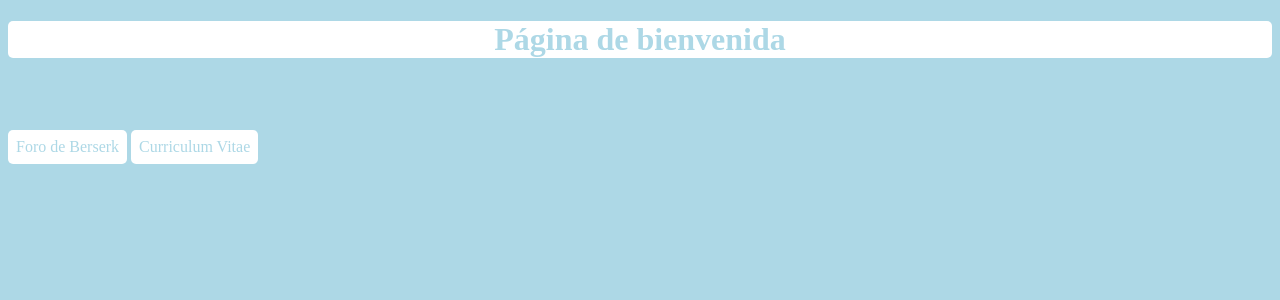
Repository: MateoSantander/Ejercicios4y5
Page: http://localhost/Ejercicio_4/
These files come from the project's save history. The page is drawn as it stood at one moment and after the next save; the edit follows.
The browser window is 1280 px wide. The pictures show the whole page.
The page is served by Tomcat 9.

Above is the page before, as saved 2022-03-18 15:00:08.
Not found: Ejercicio_4/Ejercicio_4/css/stars.jpg

After the next save:
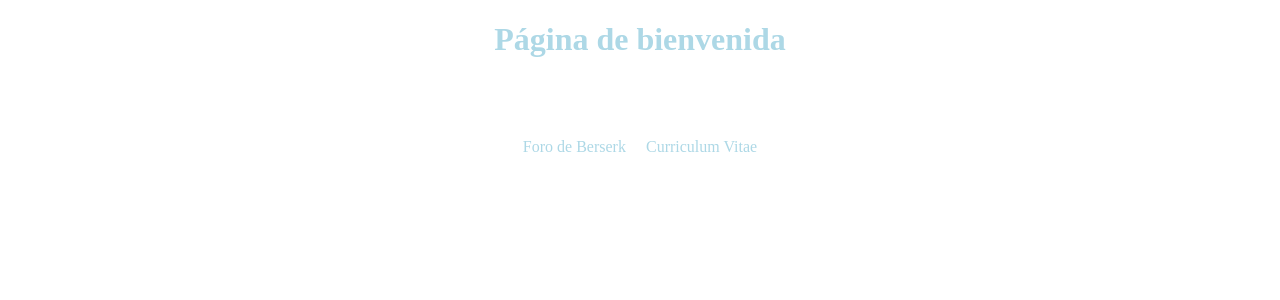
Saved 45 s later.
--- a/Ejercicio_4/src/main/webapp/css/index.css
+++ b/Ejercicio_4/src/main/webapp/css/index.css
@@ -1,8 +1,7 @@
 @charset "ISO-8859-1";
 
 body{
-background-color: lightblue;
-background-image: url(stars.jpg);
+text-align:center;
 }
 
 header>h1{
@@ -15,7 +14,6 @@ header>h1{
 
 
 nav>a{
-	text-align:center;
     margin-top: 50px;
     border-radius: 5px;
     padding: 8px;
